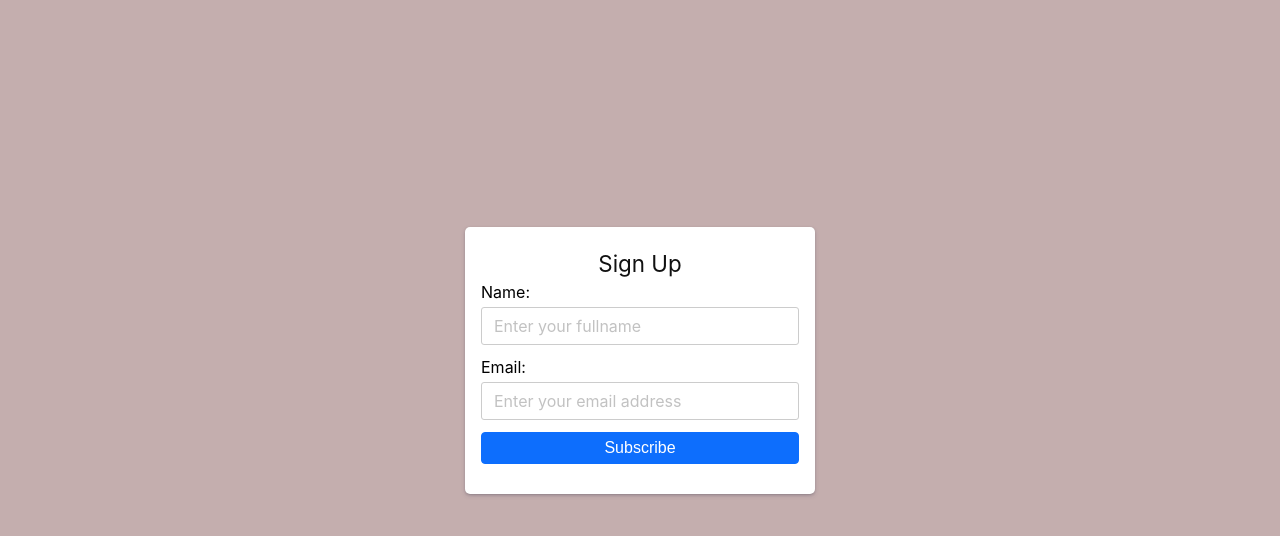
Repository: HoangDuy315/web-dev2022
Page: hw151022/ex2/ex2.2/index.html
These files come from the project's save history. The page is drawn as it stood at one moment and after the next save; the edit follows.
The browser window is 1280 px wide. The pictures show the whole page.

Above is the page before, as saved 2022-10-15 15:05:54.

After the next save:
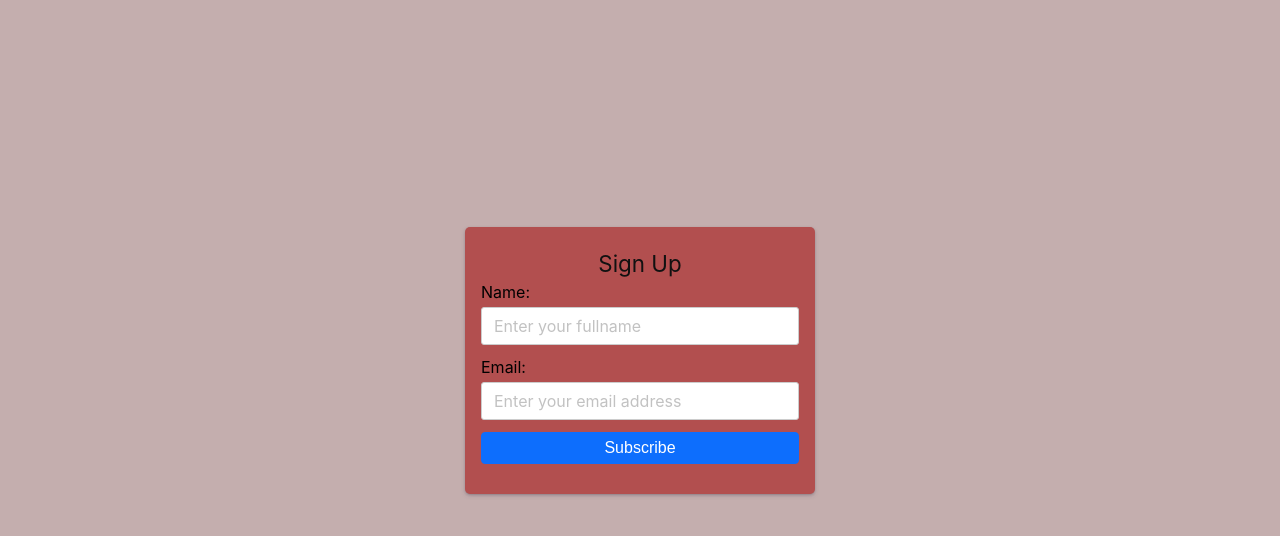
Saved 4 s later.
--- a/hw151022/ex2/ex2.2/index.css
+++ b/hw151022/ex2/ex2.2/index.css
@@ -16,7 +16,7 @@ body {
 }
 
 .container {
-  background-color: #fff;
+  background-color: rgb(178, 79, 79);
   border-radius: 5px;
   box-shadow: rgba(50, 50, 93, 0.25) 0px 2px 5px -1px,
     rgba(0, 0, 0, 0.3) 0px 1px 3px -1px;
